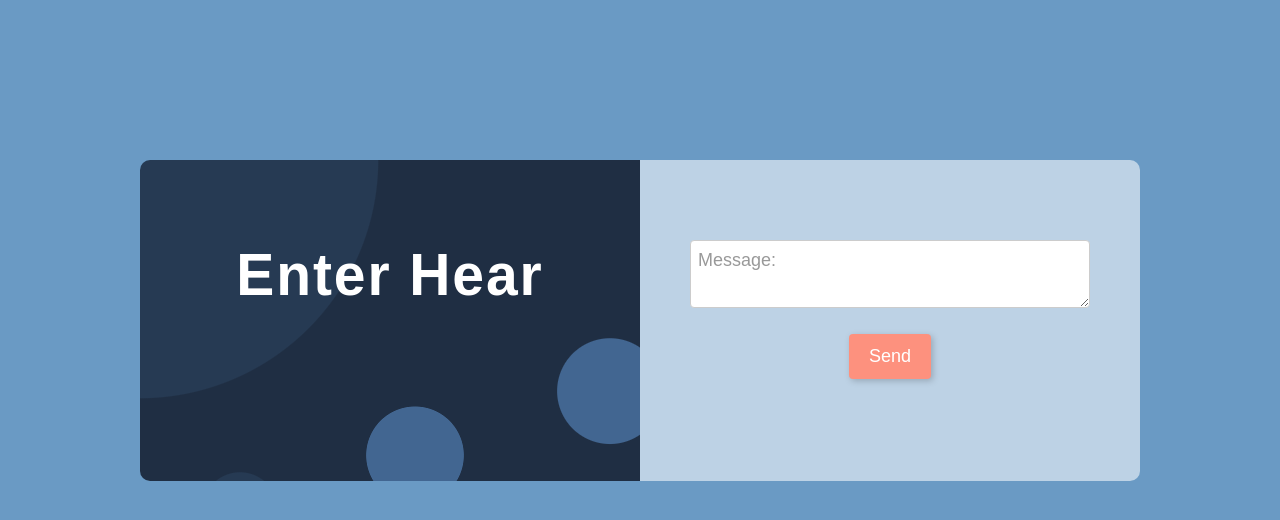
Repository: RamPratapKumarSharma/EbixCash_Ram
Page: http://localhost/user_input_validation/user_ui_form.jsp
These files come from the project's save history. The page is drawn as it stood at one moment and after the next save; the edit follows.
The browser window is 1280 px wide. The pictures show the whole page.
The page is served by Tomcat 9.

Above is the page before, as saved 2022-02-13 15:14:37.

After the next save:
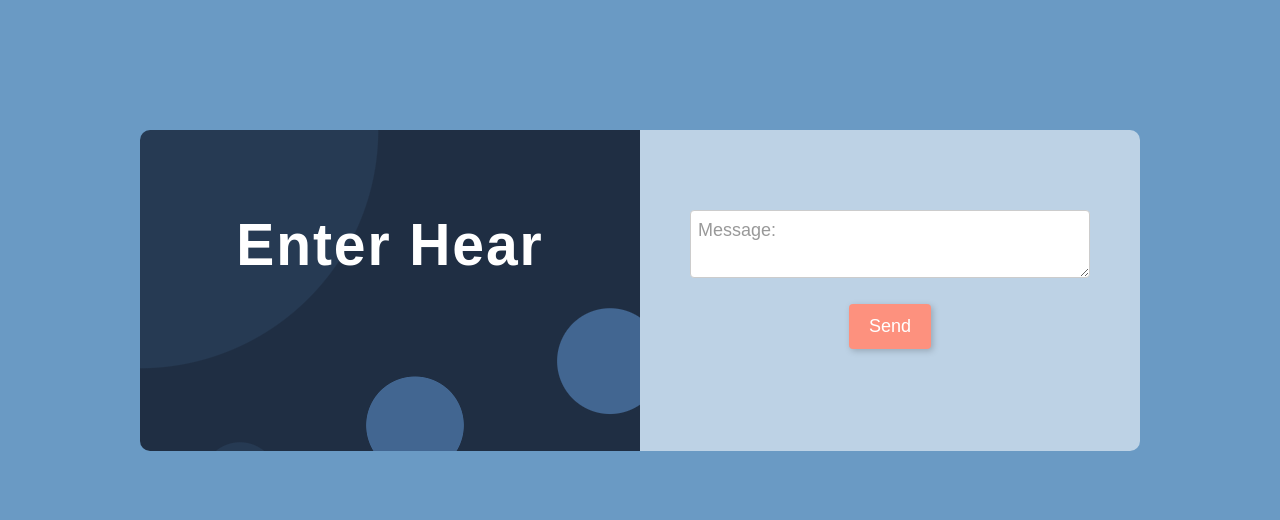
Saved 41 s later.
--- a/user_input_validation/WebContent/user_ui_form.jsp
+++ b/user_input_validation/WebContent/user_ui_form.jsp
@@ -34,7 +34,7 @@ body {
 
 /* for message and button design */
 .contact-links, .contact-form-wrapper {
-	margin-top: 80px;
+	margin-top: 50px;
 	width: 50%;
 	padding: 8% 5% 10% 5%;
 }
